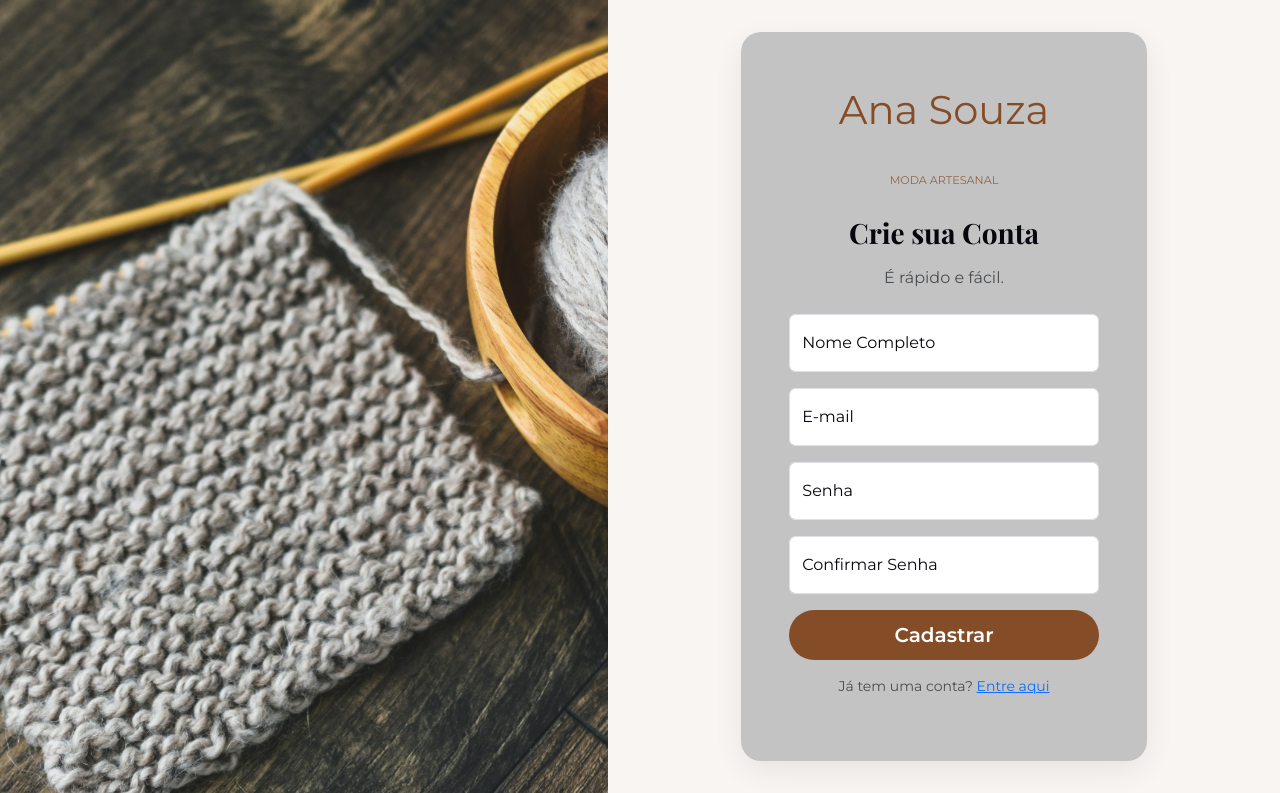
Repository: Lucascsg/projeto-anasouza-frontend
Page: cadastro.html
These files come from the project's save history. The page is drawn as it stood at one moment and after the next save; the edit follows.
The browser window is 1280 px wide. The pictures show the whole page.

Above is the page before, as saved 2025-10-21 23:05:01.

### cadastro.html
<!DOCTYPE html>
<html lang="pt-br">
<head>
    <meta charset="UTF-8">
    <meta name="viewport" content="width=device-width, initial-scale=1.0">
    <title>Cadastro - Ana Souza</title>
    <link href="https://cdn.jsdelivr.net/npm/bootstrap@5.3.2/dist/css/bootstrap.min.css" rel="stylesheet">
    <link rel="stylesheet" href="css/style.css">
    <link rel="stylesheet" href="https://cdn.jsdelivr.net/npm/bootstrap-icons@1.11.1/font/bootstrap-icons.css">
    <link rel="preconnect" href="https://fonts.googleapis.com">
    <link rel="preconnect" href="https://fonts.gstatic.com" crossorigin>
    <link href="https://fonts.googleapis.com/css2?family=Montserrat:wght@400;500;600&family=Playfair+Display:wght@700&family=Great+Vibes&display=swap" rel="stylesheet">
    <style>
        /* Estilo para garantir altura total e split screen */
        body, html { height: 100%; }
        .split-container { display: flex; min-height: 100vh; }
        .split-image {
            background: url('imagens/hero-background.jpg') no-repeat center center/cover; /* Use uma imagem bonita da sua marca */
            flex: 1;
        }
        .split-form {
            flex: 1;
            display: flex;
            align-items: center;
            justify-content: center;
            padding: 2rem;
            background-color: var(--cor-fundo-claro); /* Fundo bege claro para a parte do form */
        }
        /* Ajuste para telas menores */
        @media (max-width: 767px) {
            .split-container { flex-direction: column; }
            .split-image { min-height: 250px; flex: none; } /* Imagem fica no topo */
            .split-form { padding: 1.5rem; }
        }
    </style>
</head>
<body>

    <div class="split-container">
        <div class="split-image d-none d-md-block"></div>

        <div class="split-form">
            <div class="col-lg-8 col-md-10 col-sm-12">
                <div class="form-container section-card">
                    <div class="text-center mb-4">
                        <a class="logo-text d-inline-block mb-3 text-decoration-none" href="index.html" style="font-size: 2.5rem; color: var(--cor-base-escura) !important;">
                            <div>Ana Souza</div>
                            <small class="logo-subtitle" style="font-size: 0.7rem; color: var(--cor-base-escura); opacity: 0.8;">MODA ARTESANAL</small>
                        </a>
                        <h1 class="h3 mb-3 fw-bold">Crie sua Conta</h1>
                        <p class="text-muted">É rápido e fácil.</p>
                    </div>

                    <form id="cadastro-form">
                        <div class="form-floating mb-3">
                            <input type="text" class="form-control" id="nome" placeholder="Seu nome" required>
                            <label for="nome">Nome Completo</label>
                        </div>
                        <div class="form-floating mb-3">
                            <input type="email" class="form-control" id="email" placeholder="nome@exemplo.com" required>
                            <label for="email">E-mail</label>
                        </div>
                        <div class="form-floating mb-3">
                            <input type="password" class="form-control" id="senha" placeholder="Senha" required>
                            <label for="senha">Senha</label>
                        </div>
                        <div class="form-floating mb-3">
                            <input type="password" class="form-control" id="confirmar-senha" placeholder="Confirme a Senha" required>
                            <label for="confirmar-senha">Confirmar Senha</label>
                        </div>
                        <div class="d-grid mb-3">
                            <button class="btn btn-custom-primary btn-lg" type="submit">Cadastrar</button>
                        </div>
                        <p class="text-center text-muted small">
                            Já tem uma conta? <a href="login.html">Entre aqui</a>
                        </p>
                    </form>
                </div>
            </div>
        </div>
    </div>

    <script src="https://cdn.jsdelivr.net/npm/bootstrap@5.3.2/dist/js/bootstrap.bundle.min.js"></script>
</body>
</html>

### css/style.css
/* =================================== */
/* VARIÁVEIS GLOBAIS E ESTILOS BASE    */
/* =================================== */
:root {
    /* Sua paleta de cores (mantive suas últimas alterações) */
    --cor-base-escura: #854D27;
    --cor-acao-vibrante: #854D27;
    --cor-detalhe-quente: #29524A;
    --cor-texto-escuro: #06070E;

    /* Cores Neutras e de Fundo */
    --cor-fundo-claro: #F8F5F2;
    --cor-texto-claro: #FFFFFF;
}

body {
    font-family: 'Montserrat', sans-serif;
    background-color: #B16262;
    color: var(--cor-texto-escuro);
}

/* Estilo para páginas com fundo branco específico */
body.bg-white-page {
    background-color: #FFFFFF;
}

h1, h2, h3, h4, h5, h6 {
    font-family: 'Playfair Display', serif;
    color: var(--cor-detalhe-quente);
}

/* =================================== */
/* ESTILOS DA BARRA DE NAVEGAÇÃO       */
/* =================================== */
.navbar-custom {
    background-color: var(--cor-base-escura);
}
/* ... (O resto dos estilos da navbar e do logo permanecem como você enviou) ... */
.navbar-brand.logo-text {
    display: flex;
    flex-direction: column;
    justify-content: center;
    padding: 0;
    position: relative;
    top: 2px;
}
.navbar-brand div {
    font-family: 'Great Vibes', cursive;
    font-size: 2.2rem;
    color: #FFD972 !important;
    line-height: 1;
    font-weight: normal;
}
.navbar-brand .logo-subtitle {
    font-family: 'Montserrat', sans-serif;
    font-size: 0.6rem;
    text-transform: uppercase;
    letter-spacing: 0.1em;
    display: block;
    opacity: 0.9;
    color: #FFD972;
    margin-top: -5px;
}
/* ... (outros estilos da navbar que você enviou) ... */
.navbar-custom .navbar-brand img {
    height: 40px;
}
.navbar-custom .nav-link {
    color: var(--cor-texto-claro);
    font-weight: 500;
    text-transform: uppercase;
    font-size: 0.9rem;
    padding: 0.5rem 1rem;
    transition: opacity 0.3s;
}
.navbar-custom .nav-link:hover {
    opacity: 0.8;
}
.navbar-icons a {
    color: var(--cor-texto-claro);
    font-size: 1.2rem;
    transition: opacity 0.3s;
}
.navbar-icons a:hover {
    opacity: 0.8;
}


/* =================================== */
/* ESTILOS DA SEÇÃO HERO (IMAGEM)      */
/* =================================== */
#hero {
    position: relative;
    height: 90vh;
    width: 100%;
    display: flex;
    align-items: center;
    justify-content: center;

    /* --- ATUALIZAÇÃO PARA IMAGEM DE FUNDO --- */
    background: url('../imagens/hero-background.jpg') no-repeat center center/cover;
}

#hero::after {
    content: '';
    position: absolute;
    top: 0;
    left: 0;
    width: 100%;
    height: 100%;
    background: rgba(0, 0, 0, 0.6);
    z-index: 1;
}

#hero .hero-content {
    position: relative;
    z-index: 2;
}

#hero .hero-content h1 {
    font-weight: 700;
    color: var(--cor-texto-claro);
}

#hero .hero-content .btn {
    border-radius: 50px;
    padding: 12px 30px;
    font-weight: 600;
}


/* ... (O resto do seu CSS continua exatamente como você enviou) ... */

/* =================================== */
/* ESTILOS GERAIS DAS SEÇÕES           */
/* =================================== */
section h2 {
    color: var(--cor-detalhe-quente);
    margin-bottom: 1rem;
}

/* =================================== */
/* ESTILOS DA SEÇÃO DE PRODUTOS        */
/* =================================== */
.product-card {
    border: none;
    border-radius: 15px;
    box-shadow: 0 4px 15px rgba(0, 0, 0, 0.08);
    transition: all 0.3s ease-in-out;
}
.product-card:hover {
    transform: translateY(-8px);
    box-shadow: 0 8px 25px rgba(0, 0, 0, 0.12);
}
.product-card .card-title {
    color: var(--cor-texto-escuro);
    font-weight: 600;
}
.product-card .btn {
    border-radius: 50px;
    padding: 8px 25px;
    font-weight: 500;
    border-color: var(--cor-base-escura);
    color: var(--cor-base-escura);
}
.product-card .btn:hover {
    background-color: var(--cor-base-escura);
    color: white;
}

/* =================================== */
/* ESTILOS DA SEÇÃO DE BLOG            */
/* =================================== */
.btn-custom-primary {
    background-color: var(--cor-acao-vibrante);
    color: white;
    border: none;
    border-radius: 50px;
    padding: 10px 30px;
    font-weight: 600;
    transition: all 0.3s;
}
.btn-custom-primary:hover {
    background-color: var(--cor-acao-vibrante);
    color: white;
    opacity: 0.9;
    transform: translateY(-2px);
}
#blog img {
    border-radius: 15px;
}

/* =================================== */
/* ESTILOS DO RODAPÉ (FOOTER)          */
/* =================================== */
.footer-custom {
    background-color: var(--cor-base-escura);
}
.footer-custom a {
    text-decoration: none;
    transition: opacity 0.3s;
}
.footer-custom a:hover {
    opacity: 0.8;
}

/* =================================== */
/* ESTILO DE SEÇÃO EM FORMATO DE CARD  */
/* =================================== */

.section-card {
    background-color: #c3c3c3; /* Fundo branco para o card */
    padding: 3rem 2rem;        /* Espaçamento interno generoso */
    border-radius: 20px;       /* As pontas curvadas que você pediu */
    box-shadow: 0 10px 30px rgba(0, 0, 0, 0.07); /* Sombra sutil para "flutuar" */
}

/* =================================== */
/* Estilos da Página de Produto        */
/* =================================== */

.product-price {
    color: var(--cor-detalhe-quente); /* Usando o verde/marrom dos títulos */
    font-weight: 600;
}

/* =================================== */
/* Estilos da Personalização de Cor    */
/* =================================== */

.seletor-cor {
    width: 32px;
    height: 32px;
    border-radius: 50%; /* Deixa o elemento redondo */
    border: 2px solid #eee;
    cursor: pointer;
    margin-right: 10px;
    margin-bottom: 10px;
    transition: transform 0.2s ease-in-out;
    background-size: cover;
    background-position: center;
}

.seletor-cor:hover {
    transform: scale(1.1); /* Efeito de zoom no hover */
}

/* Estilo para o seletor de cor que está ativo/selecionado */
.seletor-cor.active {
    border-color: var(--cor-base-escura); /* Usa a cor da navbar para destacar */
    box-shadow: 0 0 8px rgba(0, 0, 0, 0.3);
}

/* ============================================= */
/* REFINAMENTO DA PÁGINA DE POST (LEIA MAIS)     */
/* ============================================= */

/* 1. Controlando o tamanho da imagem de destaque */
#post-imagem {
    max-height: 450px; /* Define uma altura máxima para a imagem */
    width: 100%;
    object-fit: cover;   /* Garante que a imagem cubra o espaço sem distorcer */
    border-radius: 15px; /* Bordas mais suaves, combinando com o resto do site */
}

/* 2. Ajustando o Título e a Data */
#post-titulo {
    margin-top: 2.5rem; /* Adiciona mais espaço acima do título */
}

#post-data {
    font-size: 0.8rem;
    text-transform: uppercase;
    letter-spacing: 0.05em; /* Espaçamento entre as letras para um look mais "design" */
}

/* 3. Melhorando a legibilidade do texto do artigo */
#post-conteudo p {
    font-size: 1.1rem;      /* Aumenta um pouco o tamanho da fonte para leitura */
    line-height: 1.8;       /* Aumenta o espaçamento entre as linhas, essencial para textos longos */
    color: #343a40;         /* Um cinza mais escuro para melhor contraste e conforto visual */
}

/* Estilo para os cards de resumo na página de agradecimento */
.summary-item-card {
    background-color: #c3c3c3 !important; /* O cinza que você usou nos section-cards */
    border: none;
    color: var(--cor-texto-escuro); /* Garante que o texto dentro seja escuro */
}

/* =================================== */
/* Estilos para Formulários de Login/Cadastro */
/* =================================== */
.form-container {
    padding: 2rem;
}

@media (min-width: 768px) {
    .form-container {
        padding: 3rem;
    }
}

After the next save:
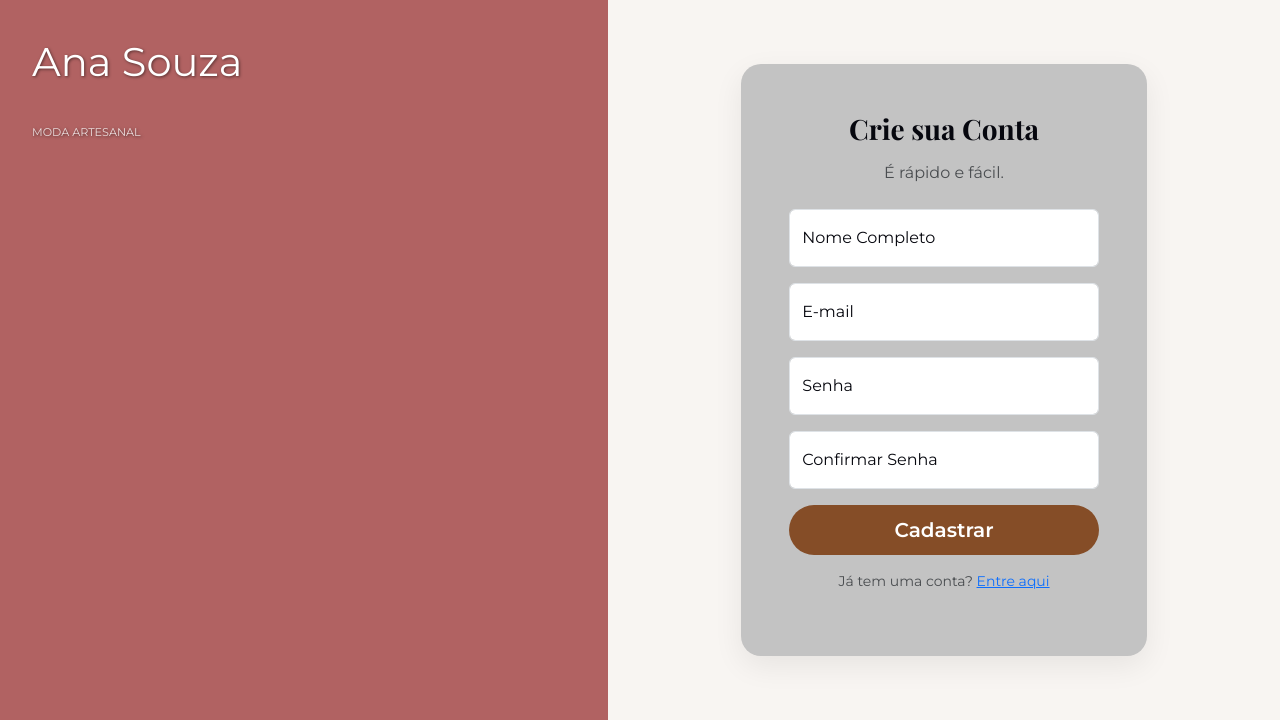
Not found: imagens/auth-background.jpg
Saved 14 s later.
--- a/cadastro.html
+++ b/cadastro.html
@@ -12,11 +12,12 @@
     <link href="https://fonts.googleapis.com/css2?family=Montserrat:wght@400;500;600&family=Playfair+Display:wght@700&family=Great+Vibes&display=swap" rel="stylesheet">
     <style>
         /* Estilo para garantir altura total e split screen */
-        body, html { height: 100%; }
+        body, html { height: 100%; margin: 0; overflow: hidden; /* Evita scroll desnecessário */ }
         .split-container { display: flex; min-height: 100vh; }
         .split-image {
-            background: url('imagens/hero-background.jpg') no-repeat center center/cover; /* Use uma imagem bonita da sua marca */
+            background: url('imagens/auth-background.jpg') no-repeat center center/cover; /* SUA NOVA IMAGEM AQUI */
             flex: 1;
+            position: relative; /* Para posicionar o logo sobre a imagem */
         }
         .split-form {
             flex: 1;
@@ -25,25 +26,66 @@
             justify-content: center;
             padding: 2rem;
             background-color: var(--cor-fundo-claro); /* Fundo bege claro para a parte do form */
+            overflow-y: auto; /* Permite scroll se o form for muito grande */
         }
+        /* Posicionamento do logo na imagem (apenas desktop) */
+        .image-logo {
+            position: absolute;
+            top: 2rem;
+            left: 2rem;
+            z-index: 10;
+        }
+        .image-logo .logo-text {
+            color: #FFFFFF !important; /* Logo branco sobre a imagem */
+            text-shadow: 1px 1px 3px rgba(0,0,0,0.5); /* Sombra para legibilidade */
+        }
+        .image-logo .logo-subtitle {
+            color: rgba(255,255,255,0.8) !important;
+        }
+
         /* Ajuste para telas menores */
         @media (max-width: 767px) {
             .split-container { flex-direction: column; }
-            .split-image { min-height: 250px; flex: none; } /* Imagem fica no topo */
+            .split-image {
+                min-height: 250px;
+                flex: none;
+                display: flex; /* Para centralizar o logo */
+                align-items: center;
+                justify-content: center;
+                position: relative;
+            }
+            .image-logo {
+                position: static; /* Remove o posicionamento absoluto para centralizar */
+                top: auto; left: auto;
+                text-align: center;
+            }
             .split-form { padding: 1.5rem; }
+            .form-logo { display: block !important; } /* Mostra o logo no form para mobile */
+            .image-logo { display: none; } /* Esconde o logo na imagem para mobile */
+        }
+        /* Para telas maiores (desktop), esconde o logo do formulário */
+        @media (min-width: 768px) {
+            .form-logo { display: none; }
         }
     </style>
 </head>
 <body>
 
     <div class="split-container">
-        <div class="split-image d-none d-md-block"></div>
+        <div class="split-image d-none d-md-flex">
+            <div class="image-logo">
+                <a class="logo-text d-inline-block text-decoration-none" href="index.html" style="font-size: 2.5rem;">
+                    <div>Ana Souza</div>
+                    <small class="logo-subtitle" style="font-size: 0.7rem;">MODA ARTESANAL</small>
+                </a>
+            </div>
+        </div>
 
         <div class="split-form">
             <div class="col-lg-8 col-md-10 col-sm-12">
                 <div class="form-container section-card">
                     <div class="text-center mb-4">
-                        <a class="logo-text d-inline-block mb-3 text-decoration-none" href="index.html" style="font-size: 2.5rem; color: var(--cor-base-escura) !important;">
+                        <a class="logo-text form-logo d-none d-md-none d-inline-block mb-3 text-decoration-none" href="index.html" style="font-size: 2.5rem; color: var(--cor-base-escura) !important;">
                             <div>Ana Souza</div>
                             <small class="logo-subtitle" style="font-size: 0.7rem; color: var(--cor-base-escura); opacity: 0.8;">MODA ARTESANAL</small>
                         </a>
@@ -72,7 +114,7 @@
                             <button class="btn btn-custom-primary btn-lg" type="submit">Cadastrar</button>
                         </div>
                         <p class="text-center text-muted small">
-                            Já tem uma conta? <a href="login.html">Entre aqui</a>
+                            Já tem uma conta? <a href="login.html" class="link-custom-secondary">Entre aqui</a>
                         </p>
                     </form>
                 </div>
